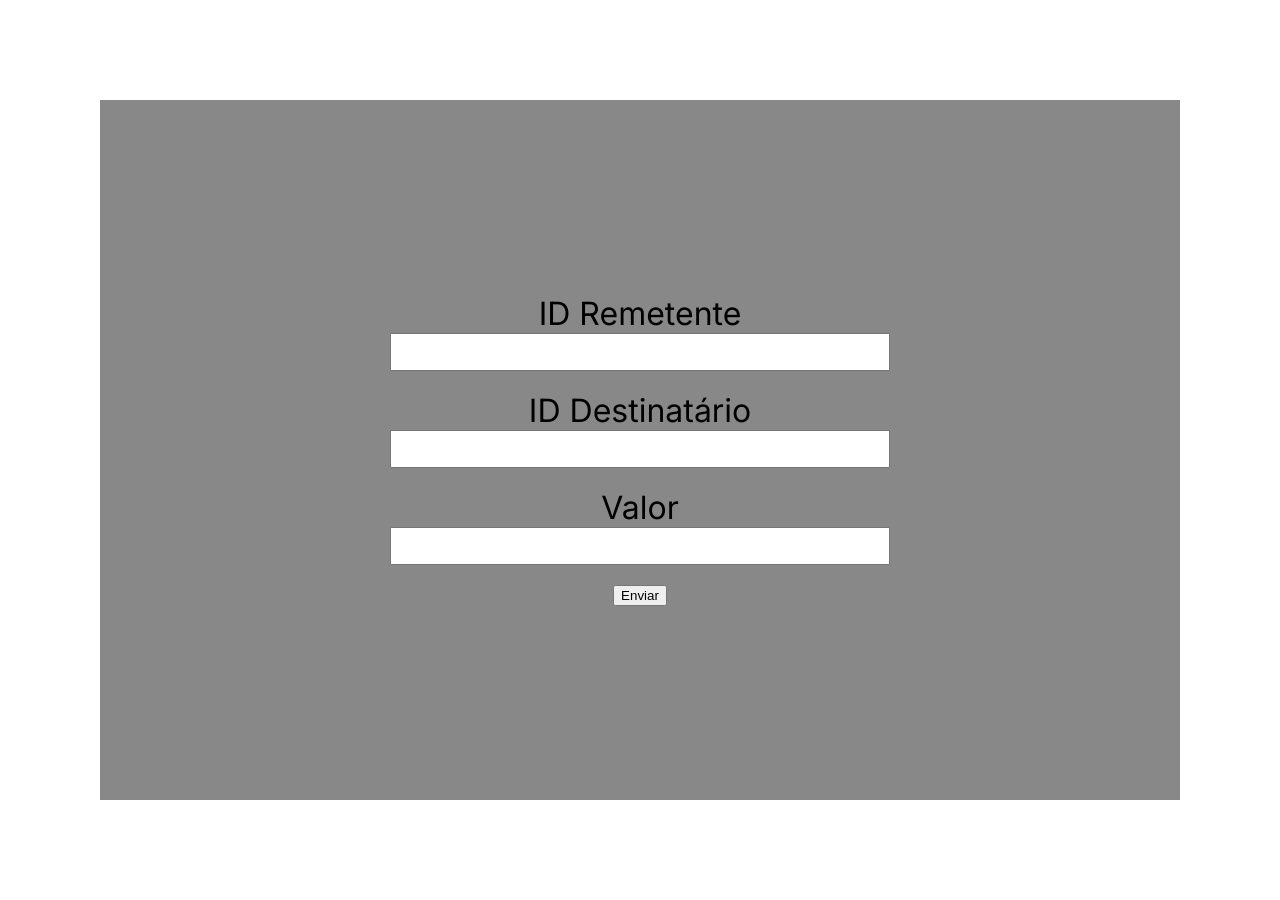
Repository: mateusilva8/tarefa-pix
Page: frontend/pix.html
An editor plug-in stored every save of this project. The page is shown before and after the next save, followed by the edit.
The browser window is 1280 px wide. The pictures show the whole page.

Above is the page before, as saved 2023-10-22 14:10:03.

After the next save:
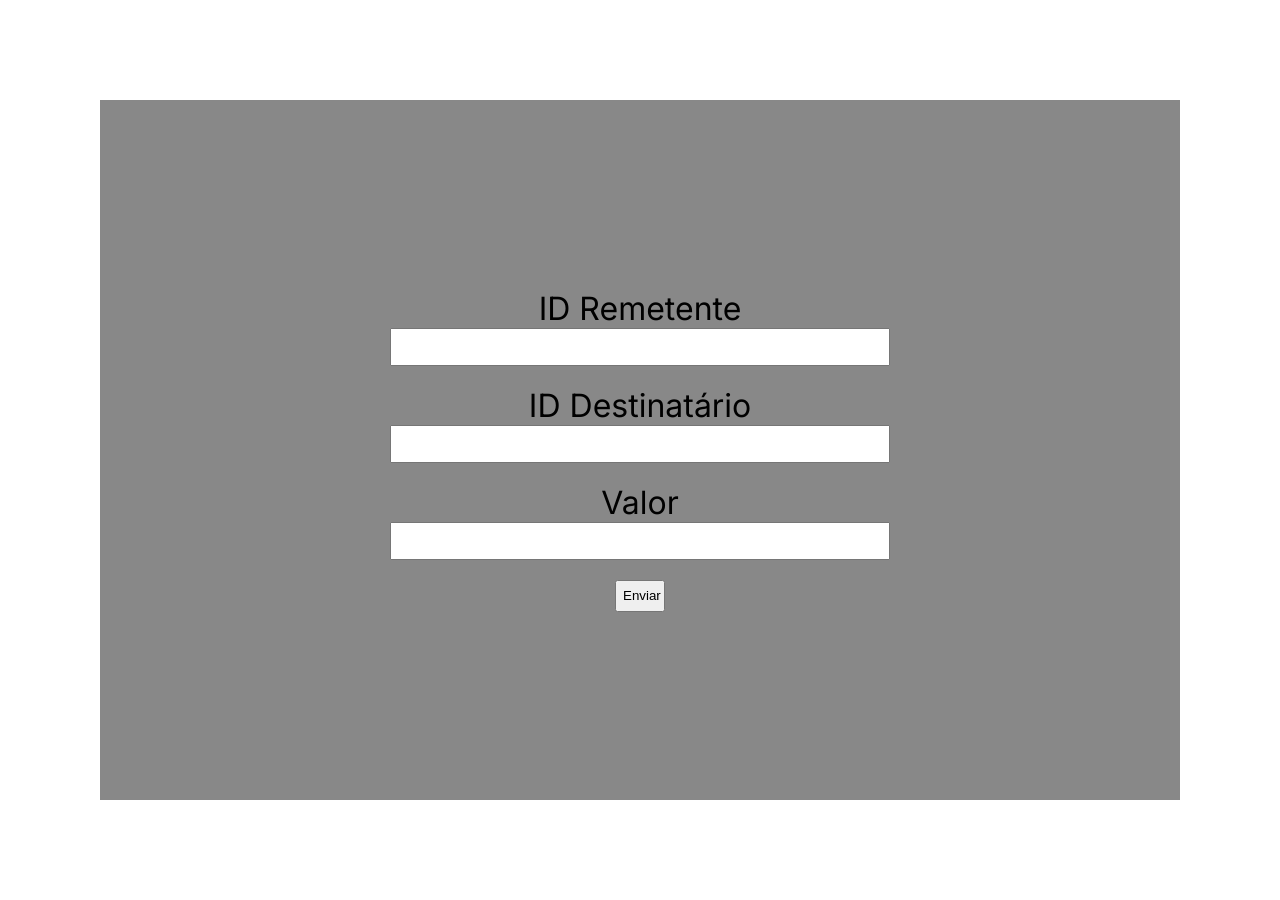
Saved 28 s later.
--- a/frontend/css/pix.css
+++ b/frontend/css/pix.css
@@ -38,4 +38,10 @@ body {
 
 input {
     height: 2rem;
+
 }
+
+.btn {
+    width: 50px;
+    height: 2rem;
+}
